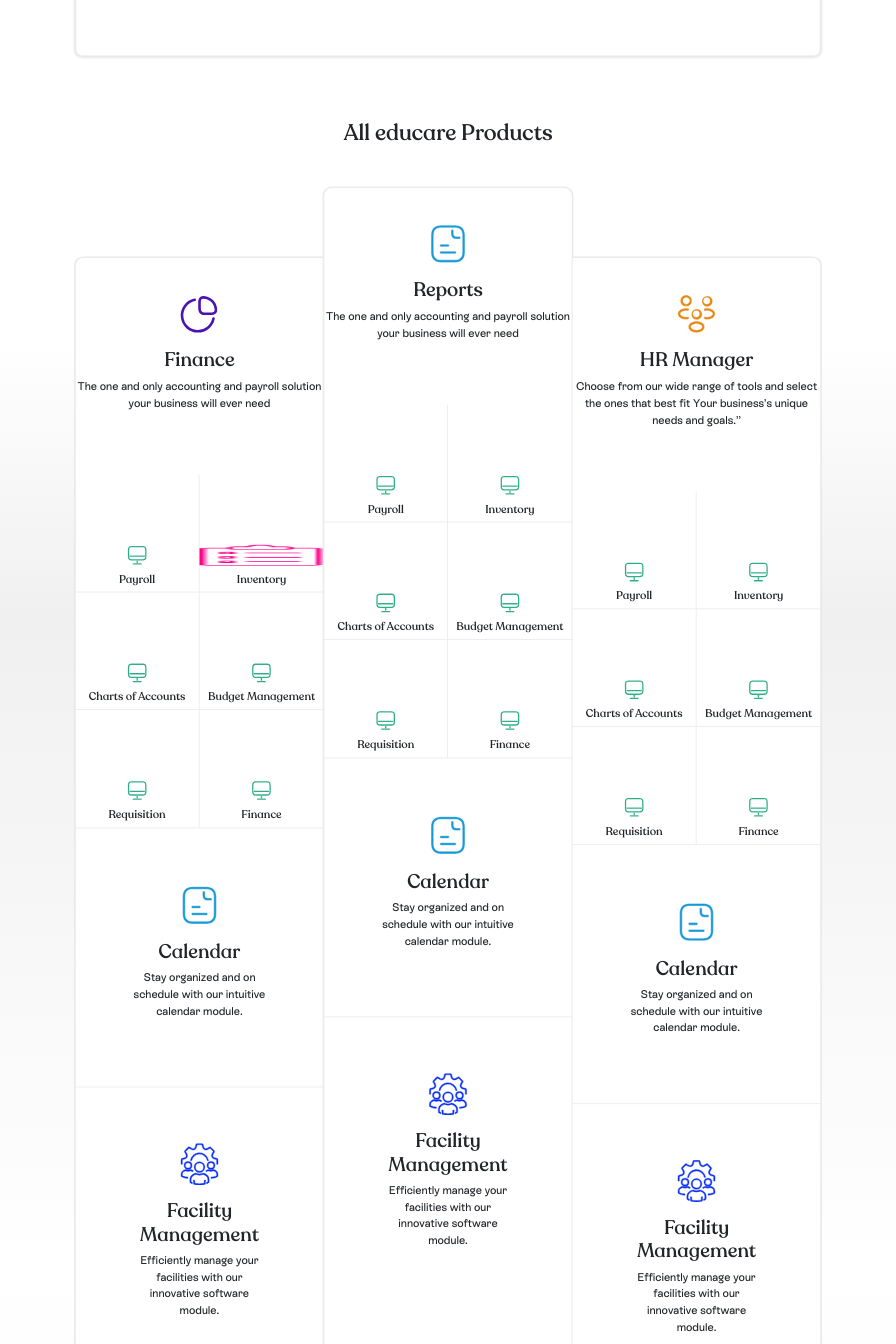
Repository: sarahnnanyelugo/educare-web
Page: /
The author's editor kept a copy of each file at every save. The page is drawn from the files as they stood at one save, then again after the next save.
The browser window is 1280 px wide. The pictures show the part of the page from y = 2766 to 4686 px (the page is 7665 px tall), at 70% of full size.
The project was rebuilt for these pictures with package versions that can differ from the ones it lists, and the page was loaded fresh each time.

Above is the page before, as saved 2023-04-07 01:14:23.

After the next save:
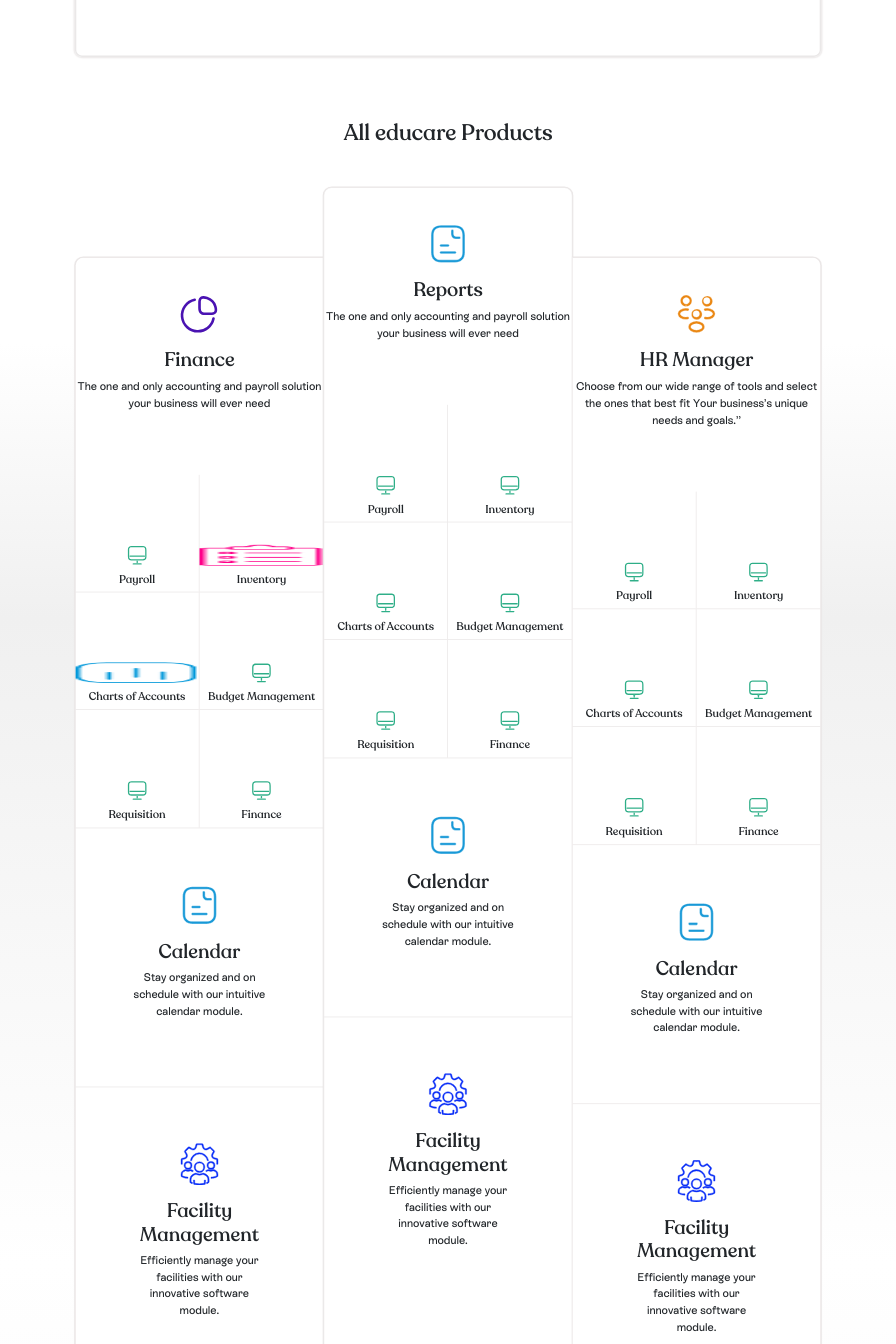
Saved 110 s later.
--- a/src/pages/Home/Home.tsx
+++ b/src/pages/Home/Home.tsx
@@ -249,7 +249,7 @@ export const Home = () => {
                 <div className="col-md-12 bb other-components">
                   {" "}
                   <OtherEducareProducts
-                    productIcon={Screen}
+                    productIcon={Account}
                     productName="Charts of Accounts"
                   />{" "}
                 </div>
